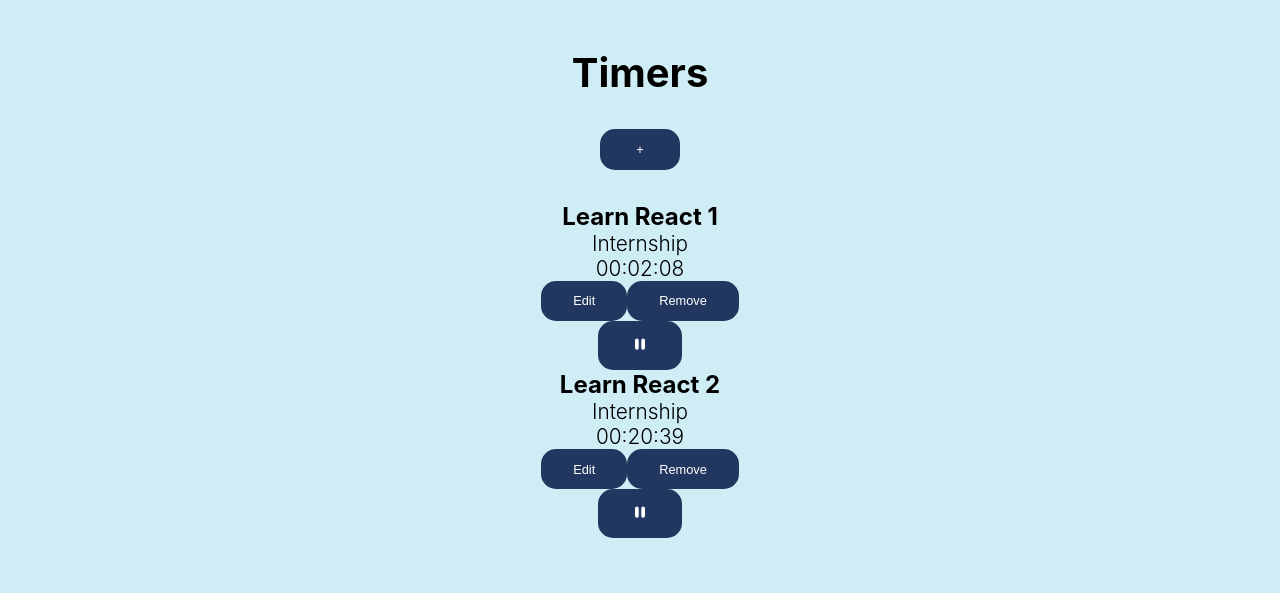
Repository: dqhuy153/react-timer
Page: /
An editor plug-in stored every save of this project. The page is shown before and after the next save, followed by the edit.
The browser window is 1280 px wide. The pictures show the whole page.
The project was rebuilt for these pictures with package versions that can differ from the ones it lists, and the page was loaded fresh each time. Also part of the build but not shown: src/components/TimerForm/TimerForm.module.scss, src/components/TimerForm/index.jsx, src/components/EditableTimerForm/EditableTimerForm.module.scss.

Above is the page before, as saved 2021-10-26 17:23:03.

After the next save:
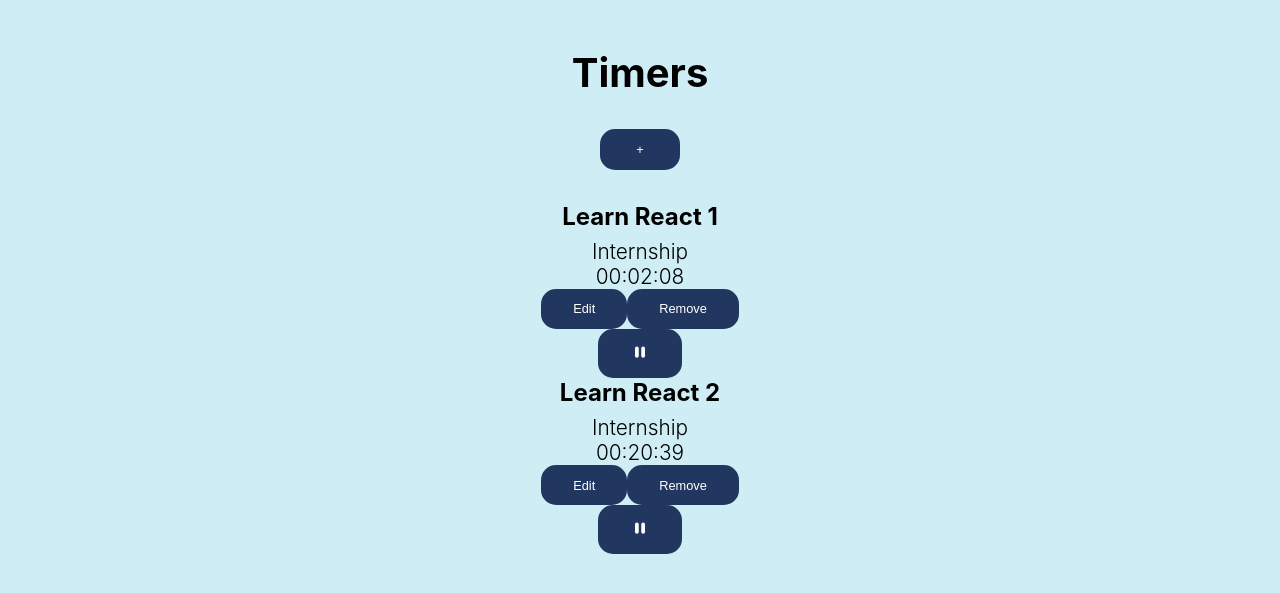
Saved 26 s later.
--- a/src/components/Timer/Timer.module.scss
+++ b/src/components/Timer/Timer.module.scss
@@ -3,6 +3,7 @@
 
   h2 {
     font-size: 1.5rem;
+    margin-bottom: 0.5rem;
   }
   p {
     font-size: 1.3rem;
